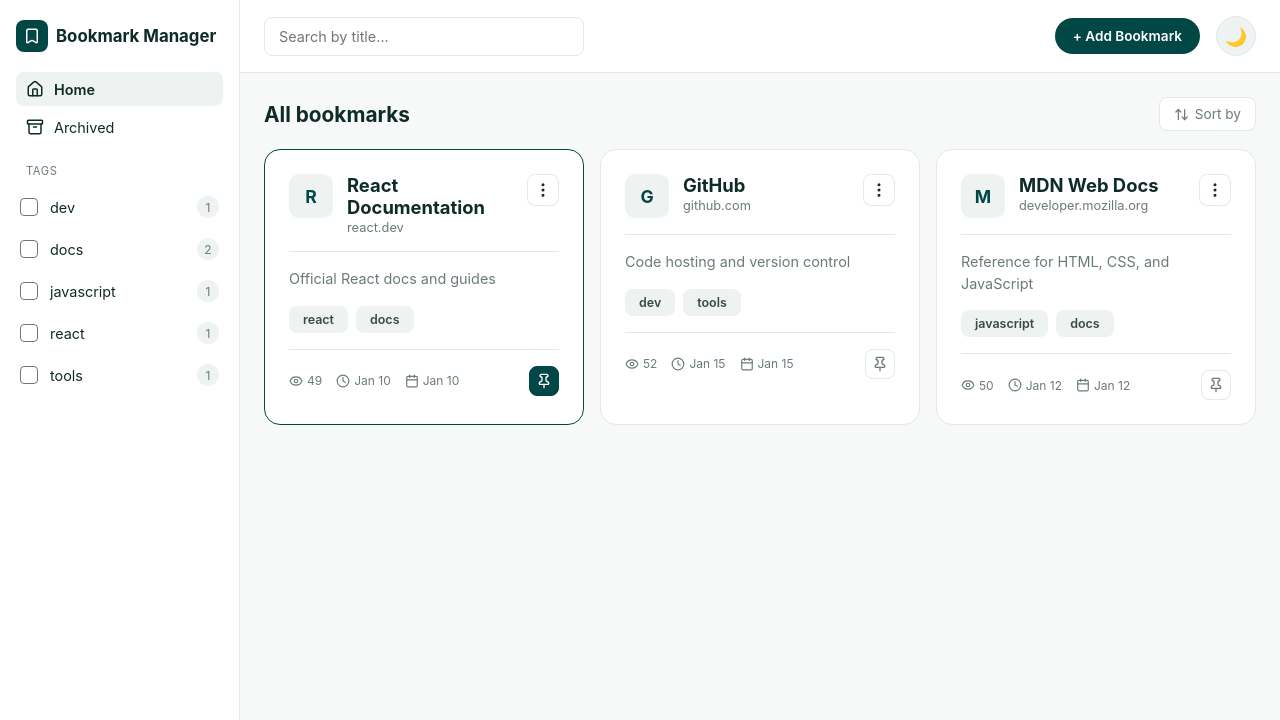
Repository: K0k1M4r/Big-Game-React
Page: /
These files come from the project's save history. The page is drawn as it stood at one moment and after the next save; the edit follows.
The browser window is 1280 px wide. The pictures show the whole page.
The project was rebuilt for these pictures with package versions that can differ from the ones it lists, and the page was loaded fresh each time. Also part of the build but not shown: vite.config.js, src/components/Modal.jsx, src/components/BookmarkForm.jsx, src/components/ConfirmModal.jsx.

Above is the page before, as saved 2026-10-02 13:20:28.

After the next save:
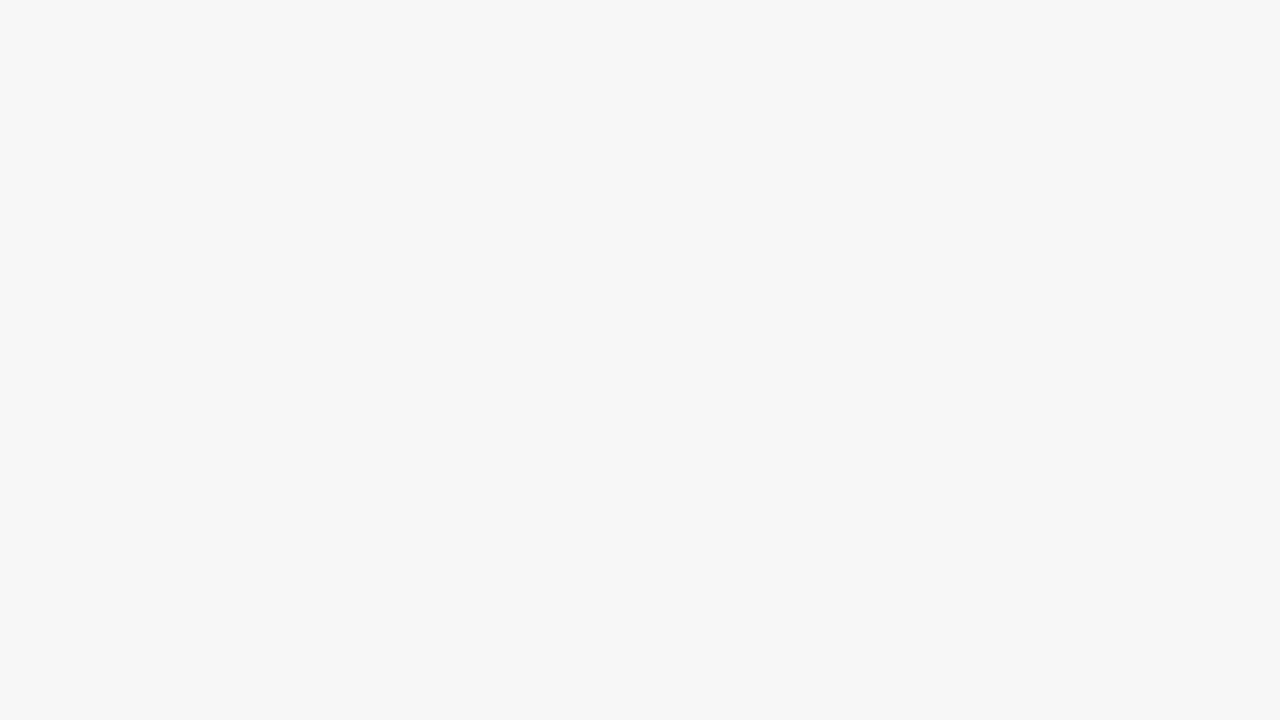
Console error (its wording comes from the project's code and is left out).
Saved 4 s later.
--- a/src/components/BookmarkCard.jsx
+++ b/src/components/BookmarkCard.jsx
@@ -20,7 +20,7 @@
 
 function formatDate(dateString) {
   return new Date(dateString).toLocaleDateString("en-US", {
-    day: "numeric",
+    day: "short",
     month: "short",
   });
 }

After the save that followed:
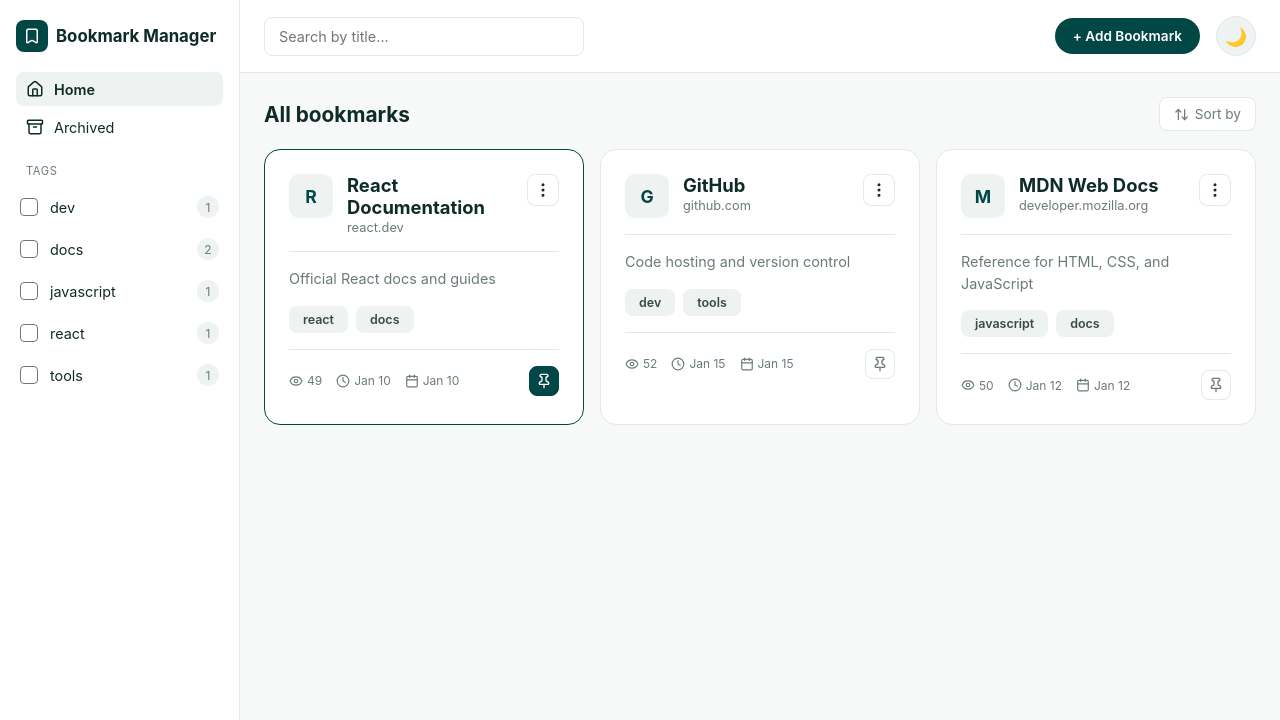
The error is gone.
Saved 8 s later.
--- a/src/components/BookmarkCard.jsx
+++ b/src/components/BookmarkCard.jsx
@@ -20,7 +20,7 @@
 
 function formatDate(dateString) {
   return new Date(dateString).toLocaleDateString("en-US", {
-    day: "short",
+    day: "numeric",
     month: "short",
   });
 }
